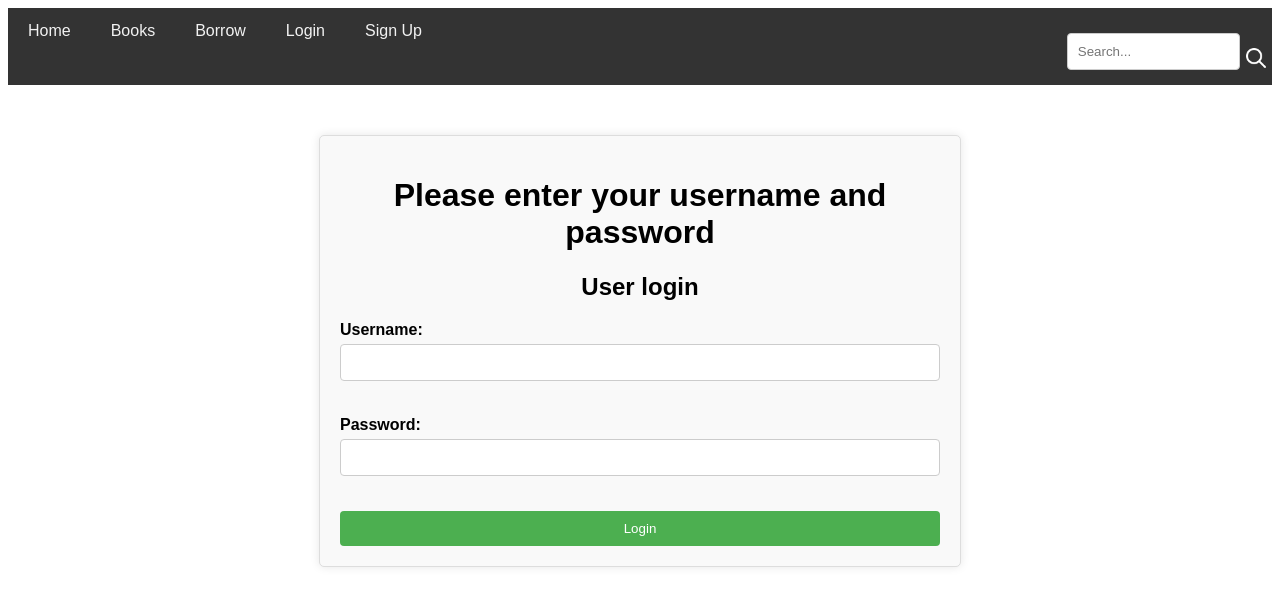
Repository: fadyesk12/Web-Technology-Course-Project
Page: auth/login.html
An editor plug-in stored every save of this project. The page is shown before and after a run of saves, followed by the edit.
The browser window is 1280 px wide. The pictures show the whole page.

Above is the page before, as saved 2024-04-19 02:48:34.

### auth/login.html
<!DOCTYPE html>
<html>
    <head>
      <meta charset="UTF-8">
      <meta name="viewport" content="width=device-width, initial-scale=1.0">
      <title>User login</title>
      <link rel="stylesheet" href="../Styling/login.css">
    </head>
    <body>
          <div id="navbar">
            <a href="../index.html">Home</a>
            <a href="../book_list.html">Books</a>
            <a href="../borrow.html">Borrow</a>
            <a href="../auth/login.html">Login</a>
            <a href="../auth/signup.html">Sign Up</a>
            <div class ="search">
              <form action="" method="get">
                <input type="text" placeholder="Search...">
                <button type="submit"><img src="../PICS/search.png"></button>
              </form>
            </div>
          </div>

          <div class="container">
            <h1>Please enter your username and password</h1>
            <h2>User login</h2>

          <form>
            <div class="form-group">
              <label for="username">Username:</label>
              <input type="text" id = "username" name = "username" required>
            </div>
            <div class="form-group">
              <label for="password">Password:</label>
              <input type="password" id = "password" name = "password" required>
            </div>

            <input type="submit" value="Login">

          </form>
          </div>

    </body>

</html>

### Styling/login.css
#navbar {
    overflow: hidden;
    background-color: #333;
  }

  #navbar a {
    float: left;
    display: block;
    color: #f2f2f2;
    text-align: center;
    padding: 14px 20px;
    text-decoration: none;
  }

  #navbar a:hover {
    background-color: #ddd;
    color: black;
  }

  body {
    font-family: Arial, sans-serif;
  }

  .container {
    max-width: 600px;
    margin: 50px auto;
    padding: 20px;
    border: 1px solid #ddd;
    border-radius: 5px;
    background-color: #f9f9f9;
    box-shadow: 0 0 10px rgba(0, 0, 0, 0.1);
  }

  .form-group {
    margin-bottom: 20px;
  }

  label {
    display: block;
    font-weight: bold;
    margin-bottom: 5px;
  }

  h1, h2 {
    text-align: center;
  }

  form {
    margin-top: 20px;
  }


  input[type="text"],
  input[type="password"],
  input[type="email"],
  select {
    width: 100%;
    padding: 10px;
    margin-bottom: 15px;
    border: 1px solid #ccc;
    border-radius: 4px;
    box-sizing: border-box;
  }

  input[type="submit"] {
    width: 100%;
    background-color: #4CAF50;
    color: #fff;
    padding: 10px 20px;
    border: none;
    border-radius: 4px;
    cursor: pointer;
  }

  input[type="submit"]:hover {
    background-color: #45a049;
  }

  .search{
    margin-top: 5px;
    float:right;
    }

   .search input{
    width:75%;
    }

   .search img{
    width: 20px;
    }

   .search button{
    background-color: #333;
    border: 0;
    }

    .search form{
        display: flex;
        align-items: center;
        justify-content: right;
      }

After the next 2 saves:
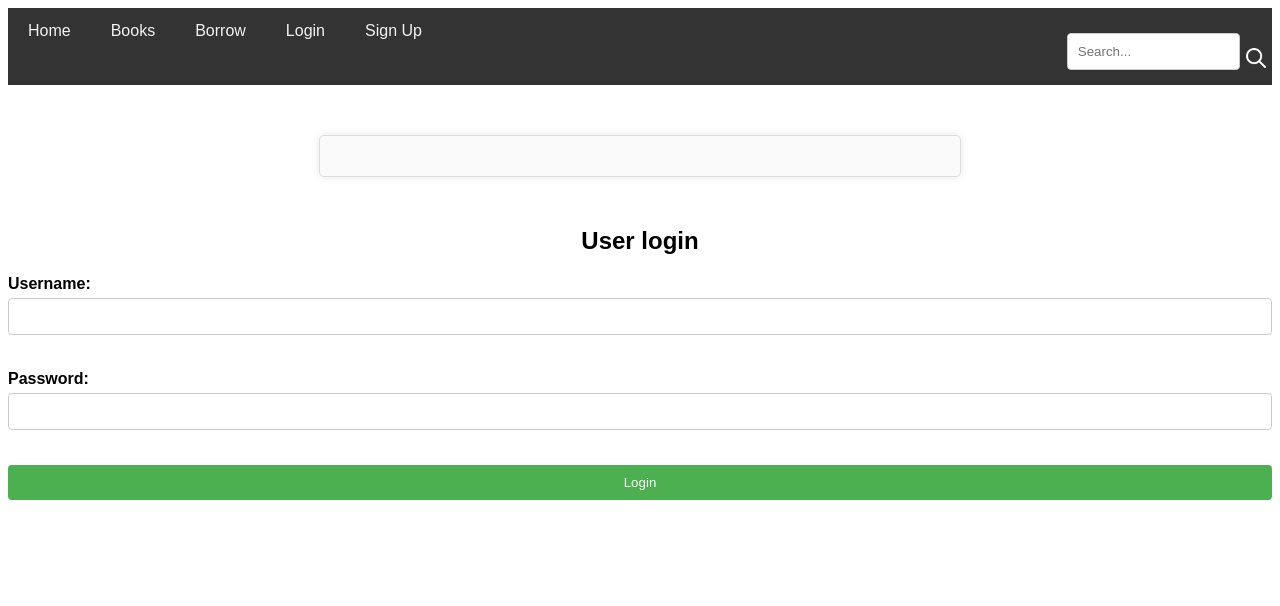
The 2 saves are shown as one change because they came seconds apart.
The last was saved 31 s later.
--- a/auth/login.html
+++ b/auth/login.html
@@ -21,8 +21,7 @@
             </div>
           </div>
 
-          <div class="container">
-            <h1>Please enter your username and password</h1>
+          <div class="container"></div>
             <h2>User login</h2>
 
           <form>
